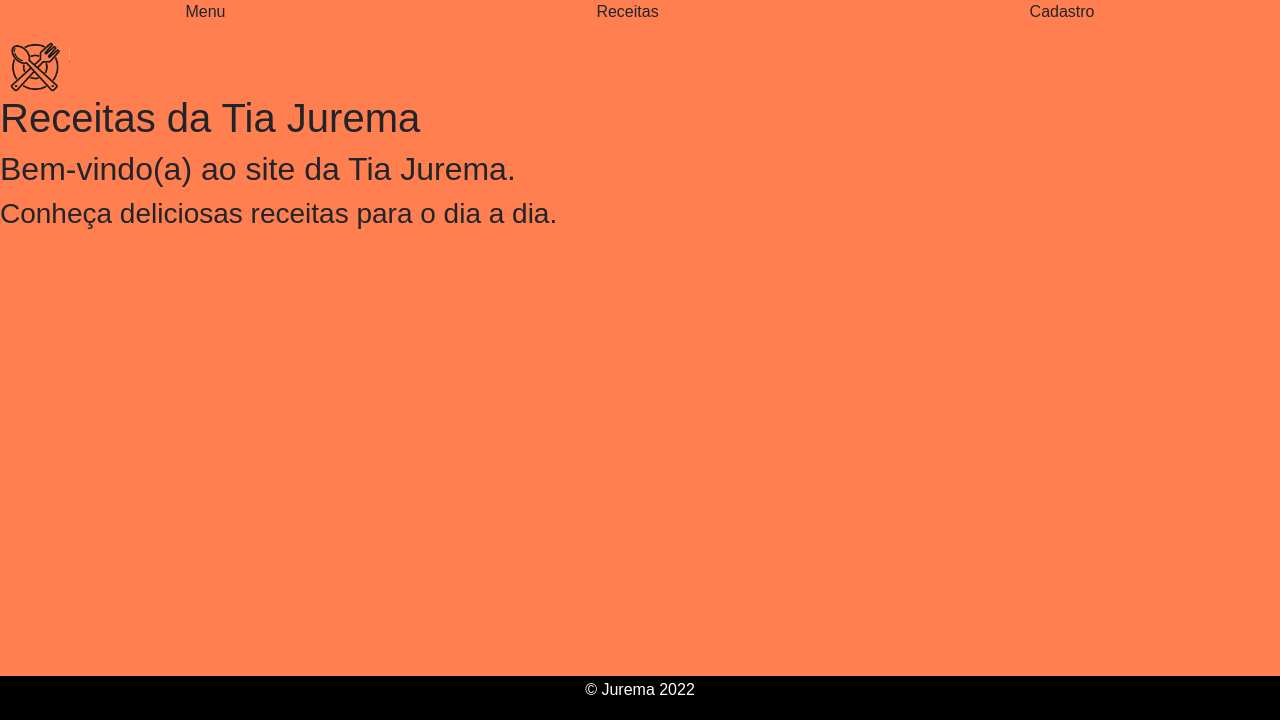
Repository: devropaes/RECEITAS
Page: OneDrive/Área de Trabalho/Estudos/Estácio/receitas/menu.html
An editor plug-in stored every save of this project. The page is shown before and after the next save, followed by the edit.
The browser window is 1280 px wide. The pictures show the whole page.
Some web fonts or font styles are not loaded; a fallback is used. Some web libraries are served in a nearby version.

Above is the page before, as saved 2024-03-11 23:17:24.

### OneDrive/Área de Trabalho/Estudos/Estácio/receitas/menu.html
<!DOCTYPE html>
<html lang="pt-br" ></html>
<head>
  <head>
    <meta charset="UTF-8">
    <meta http-equiv="X-UA-Compatible" content="IE=edge">
    <meta name="viewport" content="width=device-width, initial-scale=1.0">
    <script src="https://kit.fontawesome.com/a076d05399.js" crossorigin="anonymous"></script>
    <link rel="stylesheet" href="./menu.css">
    <link rel="stylesheet" href="./assets/Foto3.png">
    <link rel="stylesheet" href="https://cdn.jsdelivr.net/npm/bootstrap@4.3.1/dist/css/bootstrap.min.css" integrity="sha384-ggOyR0iXCbMQv3Xipma34MD+dH/1fQ784/j6cY/iJTQUOhcWr7x9JvoRxT2MZw1T" crossorigin="anonymous">
    <title>Menu</title>
    <link rel="stylesheet" href="./menu.css">
    </head>
<body>

    <ul class="navlist">
      <li><a href="home.html">Menu</a></li>
      <li><a href="receitas.html">Receitas</a></li>
      <LI><a href="cadastro.html">Cadastro</a></LI>
    </ul>

        <img src="./assets/Foto3.png" alt="logo">
              <h1>Receitas da Tia Jurema</h1>
              <h2>Bem-vindo(a) ao site da Tia Jurema.</h2>
              <h3>Conheça deliciosas receitas para o dia a dia.</h3>



       </body>
    </main>

      <footer class="rodape">
           <p>&copy; Jurema 2022 </p>
      </footer>

### OneDrive/Área de Trabalho/Estudos/Estácio/receitas/menu.css

@import url('https://fonts.googleapis.com/css2?family=Krona+One&family=Montserrat:wght@400;600&display=swap');

: root {
    --cor-primaria:#ff7f50;
    --cor-secundaria:#333;
    --cor-terciaria:#000;
    --cor-hover:#fff;

    --font-primaria:var("Krona One",sans-serif);
    --font-secundaria:var("Montserrat",sans-serif);

}

*{
    marging: 0;
    padding: 0;
}

img {
    width: 70px;
    background-color: var(--cor-primaria);
    box-sizing: border-box;

}
.navlist {
    list-style: none;
    padding: 0;
    display: flex;
    justify-content: space-around;
    color: var(--cor-secundaria)

}

.navlist li {
    margin: 0;
  }

  .navlist a {
    text-decoration: none;
    color: var(--cor-secundaria) /* Adicione a cor desejada para os links */
  }

body {
    background-color:#ff7f50;
    font-family: Arial, Helvetica, sans-serif;
    font-size: 16px;
    text-decoration: none;

}

header {
    text-decoration: none;
}

.cabecalho{
    background-color: #ff7f50;
    font-family:"krona one",sans-serif ;
    font-weight: 600;
    color: #333;
    padding: 10px;
    text-decoration: none;
}

.cabecalho__menu {
    background-color: #ff7f50;
    font-family: "Krona One", sans-serif;
    font-weight: 600;
    display: flex;
    justify-content: left;
    color:#333;
    text-decoration: none;

}


.cabecalho__menu__link {
    background-color: #ff7f50;
    font-family: "Krona One", sans-serif;
    font-weight: 600;
    color: #333;
    text-decoration: none;
    padding: 5px 10px;
    margin: 0 10px;
    pad: 50px;

}
.cabecalho__cadastro__link {
    background-color: #ff7f50;
    font-family: "Krona One", sans-serif;
    font-weight: 600;
    color: #333;
    text-decoration: none;
    padding: 5px 10px;
    margin: 0 10px;
    pad: 50px;
}


.apresentacao {
    font-family: "Krona One", sans-serif;
    font-weight: 600;
    background-color: #ff7f50;
    text-align: center;
    padding: 50px;
}

.apresentacao__conteudo {
    img: 33 x 32px;
    font-family: "Krona One", sans-serif;
    font-weight: 600;
    max-width: 600px;
    margin: 0 auto;
    pad: 60px;
}

.apresentacao__conteudo {
    font-family: "Krona One", sans-serif;
    font-weight: 600;
    color: #333;
    pad:62px;

}
.apresentacao__conteudo__titulo {
    justify-items:right;
    width: 60%;

}


.apresentacao__receitas__link {
    align-items: center;
    display:flex;
    gap: 16px;
    width: 50%;
    text-align: center;

}


.rodape {
    background-color: #000;
    color: #fff;
    text-align: center;
    padding: 2px;
    position: fixed;
    border-bottom: #fff;
    left: 0; /* Alteração aqui para fixar o rodapé no lado esquerdo */
    bottom: 0%;
    width: 100%;
    margin: 0%;
    max-width: 100%;

}

After the next save:
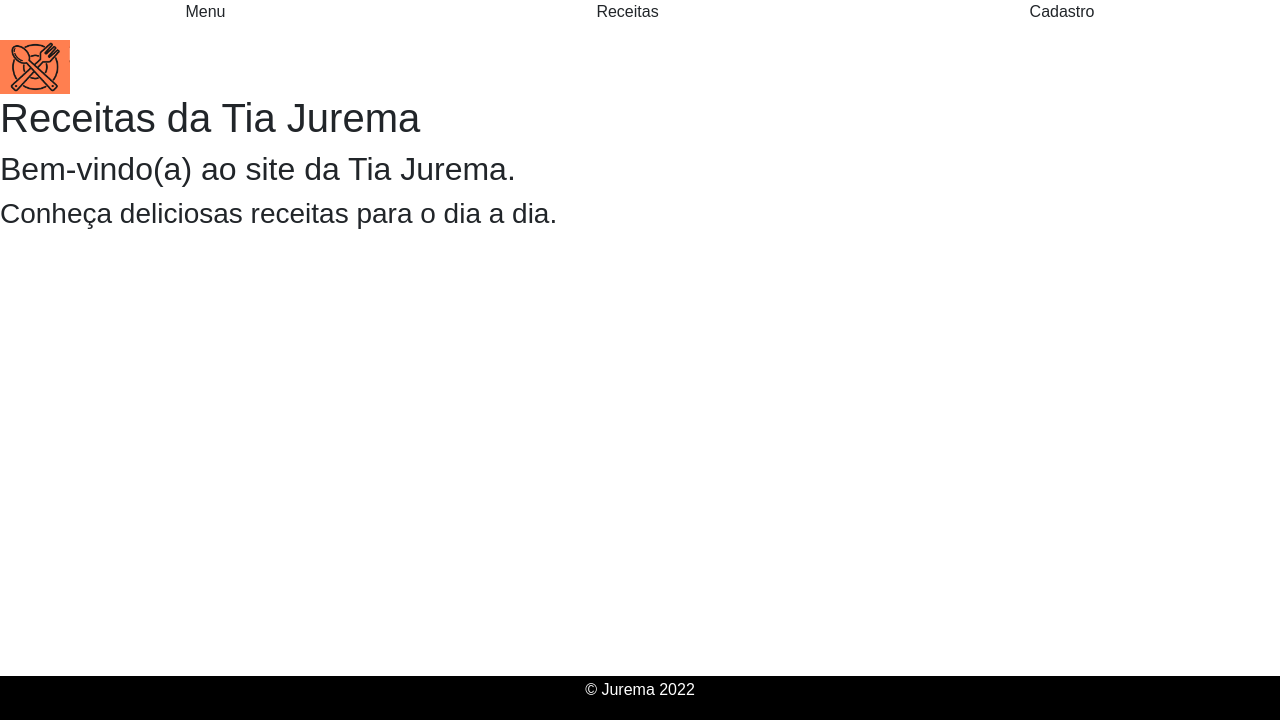
Saved 4 min 22 s later.
--- a/OneDrive/Área de Trabalho/Estudos/Estácio/receitas/menu.css
+++ b/OneDrive/Área de Trabalho/Estudos/Estácio/receitas/menu.css
@@ -42,8 +42,8 @@ img {
   }
 
 body {
-    background-color:#ff7f50;
-    font-family: Arial, Helvetica, sans-serif;
+    background-color: var(--cor-primaria);
+    font-family: var(--font-primaria);
     font-size: 16px;
     text-decoration: none;
 
